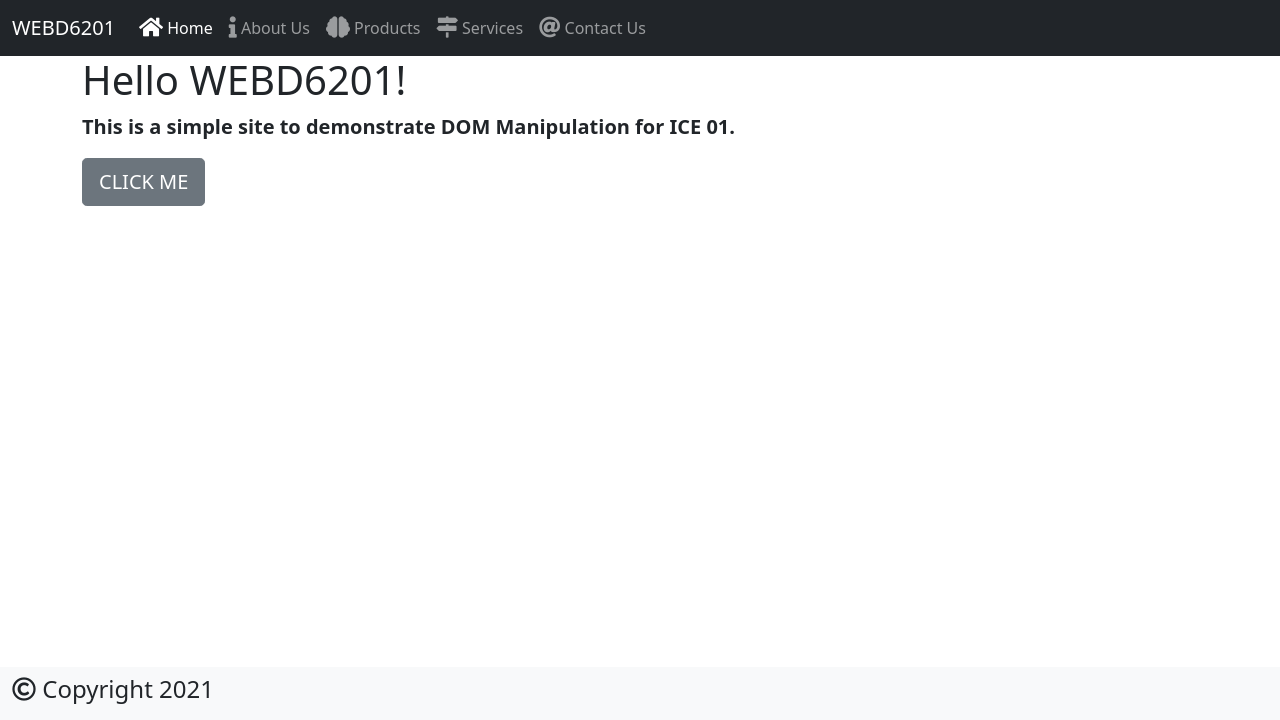
Repository: GarlicButterBoy/WEBD6201-Week1
Page: index.html
These files come from the project's save history. The page is drawn as it stood at one moment and after the next save; the edit follows.
The browser window is 1280 px wide. The pictures show the whole page.

Above is the page before, as saved 2021-01-20 09:51:06.
Console error: TypeError: document.getElementByTagName is not a function

### index.html
<!DOCTYPE html>
<html lang="en">
<head>
    <meta charset="UTF-8">
    <meta name="viewport" content="width=device-width, initial-scale=1.0">
    <title>Document</title>

    <!-- CSS Section -->
    <link rel="stylesheet" href="./node_modules/bootstrap/dist/css/bootstrap.min.css">
    <link rel="stylesheet" href="./node_modules/@fortawesome/fontawesome-free/css/all.min.css">
    <link rel="stylesheet" href="./Content/app.css">

</head>
<body>
       <!-- Main Nav -->

       <header>
        <nav class="navbar navbar-expand-lg navbar-dark bg-dark">
            <div class="container-fluid">
              <a class="navbar-brand" href="#">WEBD6201</a>
              <button class="navbar-toggler" type="button" data-bs-toggle="collapse" data-bs-target="#navbarSupportedContent" aria-controls="navbarSupportedContent" aria-expanded="false" aria-label="Toggle navigation">
                <span class="navbar-toggler-icon"></span>
              </button>
              <div class="collapse navbar-collapse" id="navbarSupportedContent">
                <ul class="navbar-nav ml-auto mb-2 mb-lg-0">

                  <li class="nav-item">
                    <a class="nav-link active" aria-current="page" href="#">
                        <i class="fas fa-home fa-lg"></i> Home</a>
                  </li>

                  <li class="nav-item">
                    <a class="nav-link" aria-current="page" href="#">
                        <i class="fas fa-info fa-lg"></i> About Us</a>
                  </li>

                  <li class="nav-item">
                    <a class="nav-link" aria-current="page" href="#">
                        <i class="fas fa-brain fa-lg"></i> Products</a>
                  </li>

                  <li class="nav-item">
                    <a class="nav-link" aria-current="page" href="#">
                        <i class="fas fa-map-signs fa-lg"></i> Services</a>
                  </li>

                  <li class="nav-item">
                    <a class="nav-link" aria-current="page" href="#">
                        <i class="fas fa-at fa-lg"></i> Contact Us</a>
                  </li>

                </ul>
              </div>
            </div>
          </nav>
    </header>

    <main class="container">
        <h1>Hello WEBD6201!</h1>
        <p id="paragraphOne" ></p>
        <button class="btn btn-secondary btn-lg" id="clickMeButton">CLICK ME</button>
    </main>

    <footer>
        <nav class="navbar fixed-bottom navbar-light bg-light">
            <div class="container-fluid">
              <h4><i class="far fa-copyright" ></i> Copyright 2021</h4>
            </div>
        </nav>
    </footer>

    <!-- JavaScript Section -->
    <script src="./node_modules/jquery/dist/jquery.min.js"></script>
    <script src="./node_modules/bootstrap/dist/js/bootstrap.bundle.min.js"></script>
    <script src="./Scripts/app.js"></script>

</body>
</html>

### Content/app.css
/*
 * Custom CSS goes here!
 */

### Scripts/app.js
/*
 * Custom Scripts go here!
 */

//IIFE - Immediately Invoked Function Expression
//AKA - Anonymous Self-Executing Function
//Closure - Limits Scope Leak

"use strict";

(function()
{
    //Initialization Function
    function Start()
    {

       console.log("App Started...");

       let paragraphOneText = "This is a simple site to demonstrate DOM Manipulation for ICE 01.";

       let paragraphOneElement = document.getElementById("paragraphOne");

       paragraphOneElement.className = "fs-5 fw-bold";
       paragraphOneElement.textContent = paragraphOneText;

       //Step 1. document.createElement
       let newParagraph = document.createElement("p");
       //Step 2. Configure the element
       newParagraph.setAttribute("id", "paragraphTwo");
       newParagraph.textContent = "...And this is paragraph Two.";
       //Step 3. Select the parent
       let paragraphTwoElement = document.getElementByTagName("main")[0];
       //Step 4. Add/Insert the element
       paragraphTwoElement.appendChild(newParagraph);
       for (let index = 0; index < 5; index++)
       {

        console.log(index);

        let clickMeButton = document.getElementById("clickMeButton");



        clickMeButton.addEventListener("click", ()=>
        {
            console.log("Click me button was depressed :(");
        });
       }
    }
    //Event Listener
    window.addEventListener("load", Start);

})();

Loaded but not shown: node_modules/bootstrap/dist/css/bootstrap.min.css (library); node_modules/@fortawesome/fontawesome-free/css/all.min.css (library); node_modules/jquery/dist/jquery.min.js (library); node_modules/bootstrap/dist/js/bootstrap.bundle.min.js (library)

After the next save:
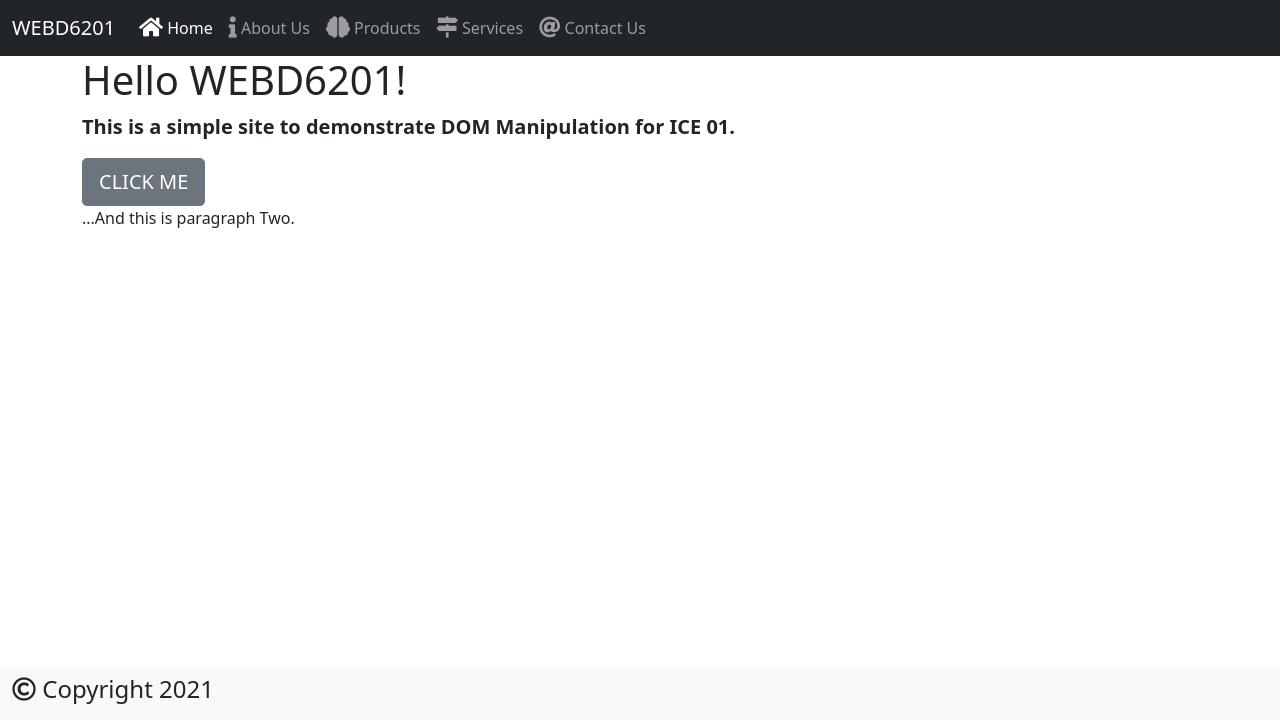
The error is gone.
Saved 12 s later.
--- a/Scripts/app.js
+++ b/Scripts/app.js
@@ -29,7 +29,7 @@
        newParagraph.setAttribute("id", "paragraphTwo");
        newParagraph.textContent = "...And this is paragraph Two.";
        //Step 3. Select the parent
-       let paragraphTwoElement = document.getElementByTagName("main")[0];
+       let paragraphTwoElement = document.getElementsByTagName("main")[0];
        //Step 4. Add/Insert the element
        paragraphTwoElement.appendChild(newParagraph);
        for (let index = 0; index < 5; index++)
